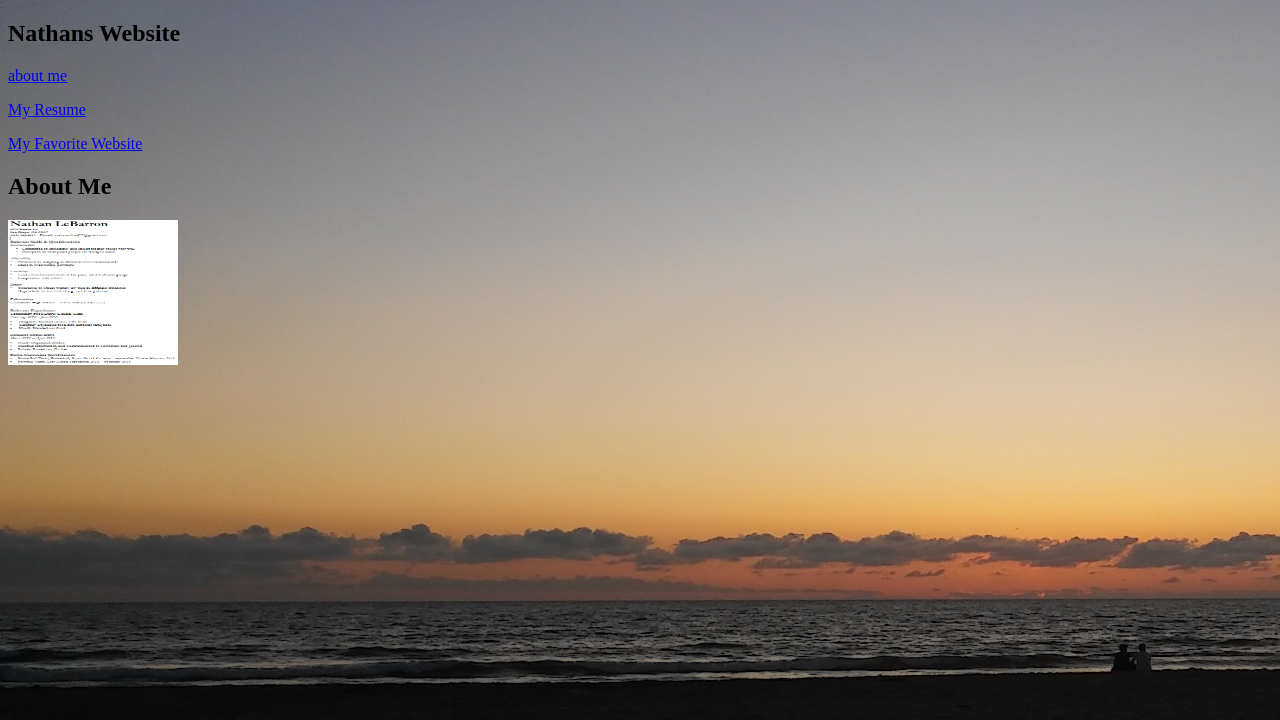
Repository: Nathan12144/Nathan12144.github.io
Page: resume.html
The author's editor kept a record of every edit. The page is drawn from the files as they stood at one moment, then again after the next edit.
The browser window is 1280 px wide. The pictures show the whole page.

Above is the page before.

### resume.html
<!DOCTYPE html>
<html>
    <style>
body {
  background-image: url('back.jpg');
}
</style>

<body>

<h2>Nathans Website</h2>
<p><a href="https://docs.google.com/presentation/d/1Uk_VyLYSelrMDxDNvBjRERUITPfupa8QE3ZIbIkxwEM/edit?usp=sharing" target="_blank">about me</a>
<p></p><a href="https://docs.google.com/document/d/1yN1uXYM2GqeZ5euozitgxvuerLRAKFMic64EN7UJKdw/edit?usp=sharing" target="_blank">My Resume</a>
<p><a href="https://youtube.com" target="_blank">My Favorite Website</a>


<h2>About Me</h2>
<img src="images/resum.PNG" alt="Resume" width="170" height="145">


</body>
</html>

After the next edit:
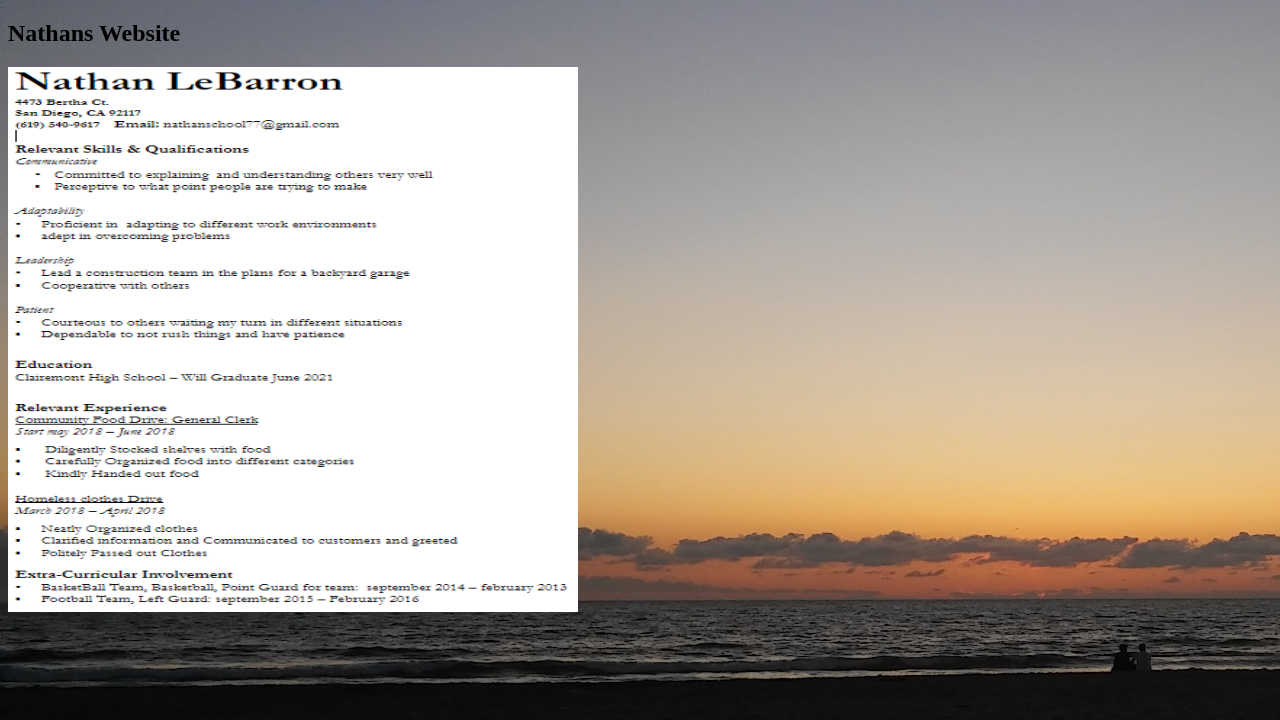
The edit:
--- a/resume.html
+++ b/resume.html
@@ -9,13 +9,7 @@
 <body>
 
 <h2>Nathans Website</h2>
-<p><a href="https://docs.google.com/presentation/d/1Uk_VyLYSelrMDxDNvBjRERUITPfupa8QE3ZIbIkxwEM/edit?usp=sharing" target="_blank">about me</a>
-<p></p><a href="https://docs.google.com/document/d/1yN1uXYM2GqeZ5euozitgxvuerLRAKFMic64EN7UJKdw/edit?usp=sharing" target="_blank">My Resume</a>
-<p><a href="https://youtube.com" target="_blank">My Favorite Website</a>
-
-
-<h2>About Me</h2>
-<img src="images/resum.PNG" alt="Resume" width="170" height="145">
+<img src="images/resum.PNG" alt="Resume" width="570" height="545">
 
 
 </body>
